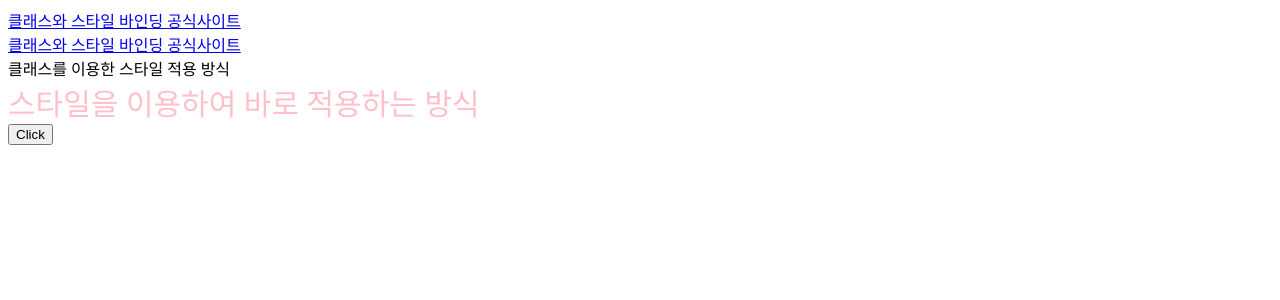
Repository: RyuGeunHwan/code_J
Page: Vuejs/22-08-10 vuejs 클래스 and 스타일 바인딩.html
These files come from the project's save history. The page is drawn as it stood at one moment and after the next save; the edit follows.
The browser window is 1280 px wide. The pictures show the whole page.

Above is the page before, as saved 2022-08-16 14:12:19.

After the next save:
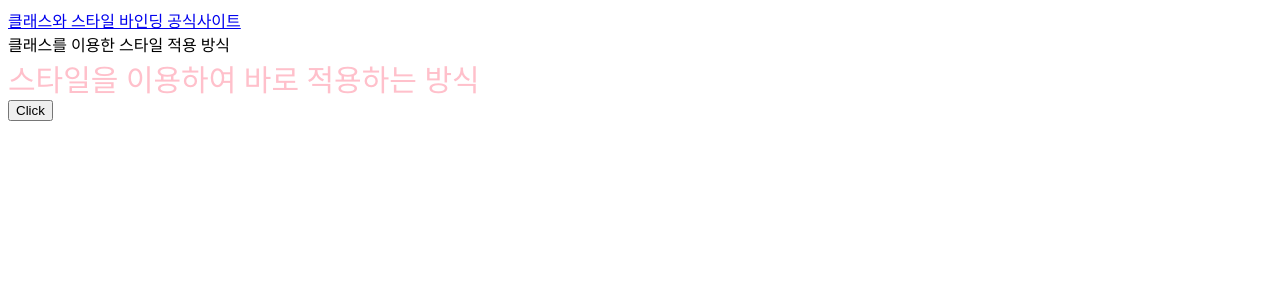
Saved 21 min 29 s later.
--- a/Vuejs/22-08-10 vuejs 클래스 and 스타일 바인딩.html
+++ b/Vuejs/22-08-10 vuejs 클래스 and 스타일 바인딩.html
@@ -18,9 +18,8 @@
     </style>
 </head>
 <body>
-    <a href="https://kr.vuejs.org/v2/guide/class-and-style.html">클래스와 스타일 바인딩 공식사이트</a>
     <div id="app">
-        <a href="https://kr.vuejs.org/v2/guide/class-and-style.html">클래스와 스타일 바인딩 공식사이트</a>
+        <a href="https://vuejs.org/v2/guide/class-and-style.html">클래스와 스타일 바인딩 공식사이트</a>
         <div :class="{ red: isRed, 'font-bold': isBoldSize}">클래스를 이용한 스타일 적용 방식</div>
         <div :style="styleObject">스타일을 이용하여 바로 적용하는 방식</div>
         <button @click="update()">Click</button>
